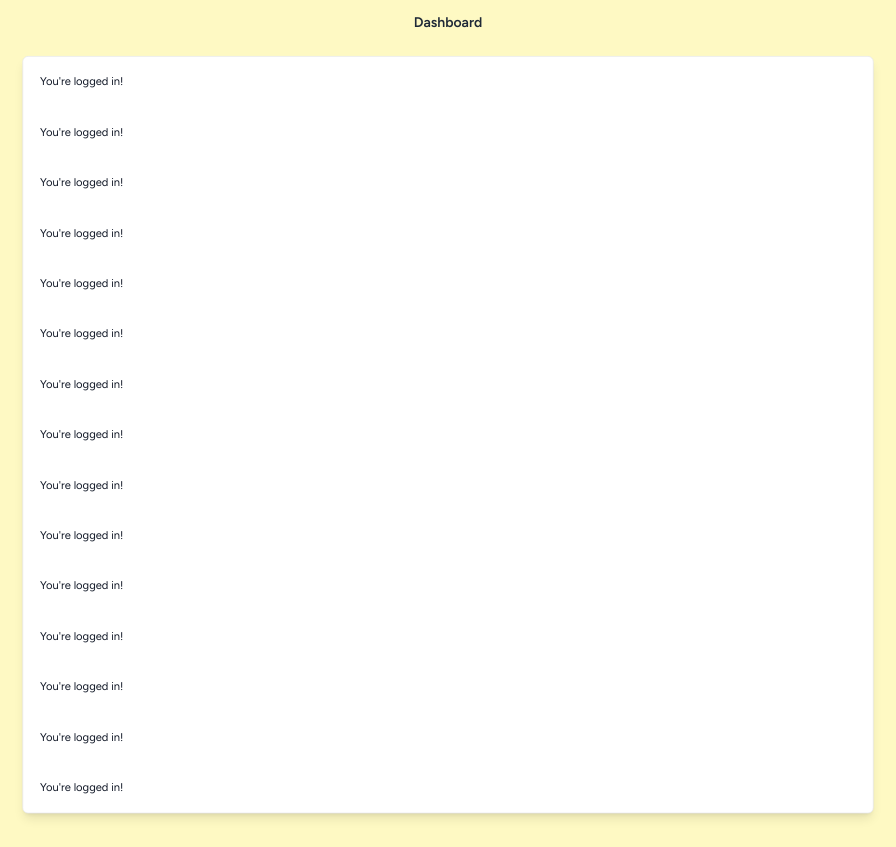
Repository: RudyAnconi/grocery
Page: resources/views/dashboard.blade.php
The author's editor kept a copy of each file at every save. The page is drawn from the files as they stood at one save, then again after the next save.
The browser window is 1280 px wide. The pictures show the whole page, at 70% of full size.
The page is served by the project's Laravel application, run on PHP 8.4 with Laravel 12. Style sheets and scripts are compiled from the project's sources, by tool versions that may differ from the author's. The template is opened directly, without the code that normally fills it, so the values that code supplies are empty.

Above is the page before, as saved 2024-06-07 20:40:12.

After the next save:
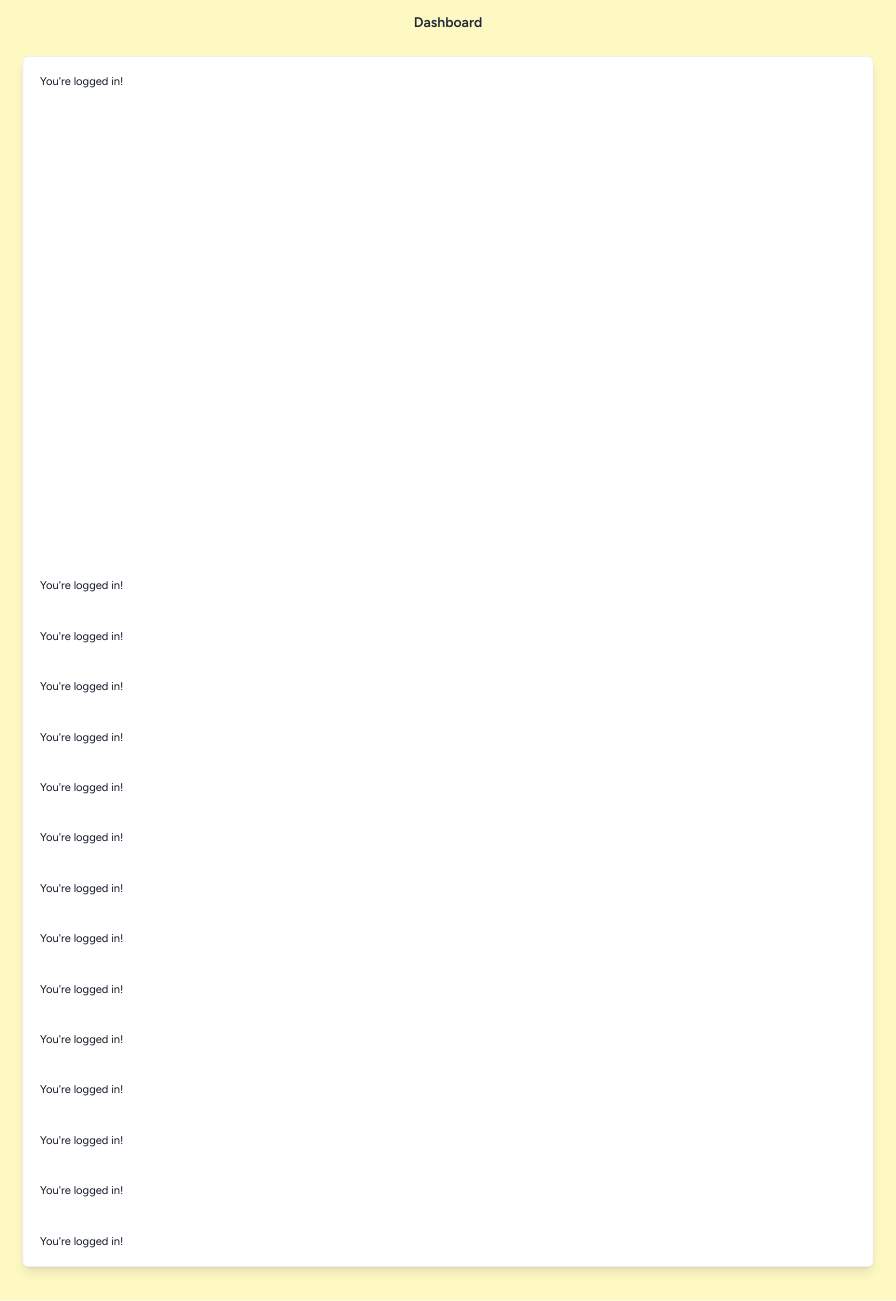
Saved 2 min 58 s later.
--- a/resources/views/dashboard.blade.php
+++ b/resources/views/dashboard.blade.php
@@ -8,7 +8,7 @@
     <div class="pb-12">
         <div class="max-w-7xl mx-auto sm:px-6 lg:px-8">
             <div class="bg-white overflow-hidden shadow-lg border border-gray-200 sm:rounded-lg">
-                <div class="p-6 text-gray-900">
+                <div class="p-6 text-gray-900 h-screen">
                     {{ __("You're logged in!") }}
                 </div>
                 <div class="p-6 text-gray-900">
